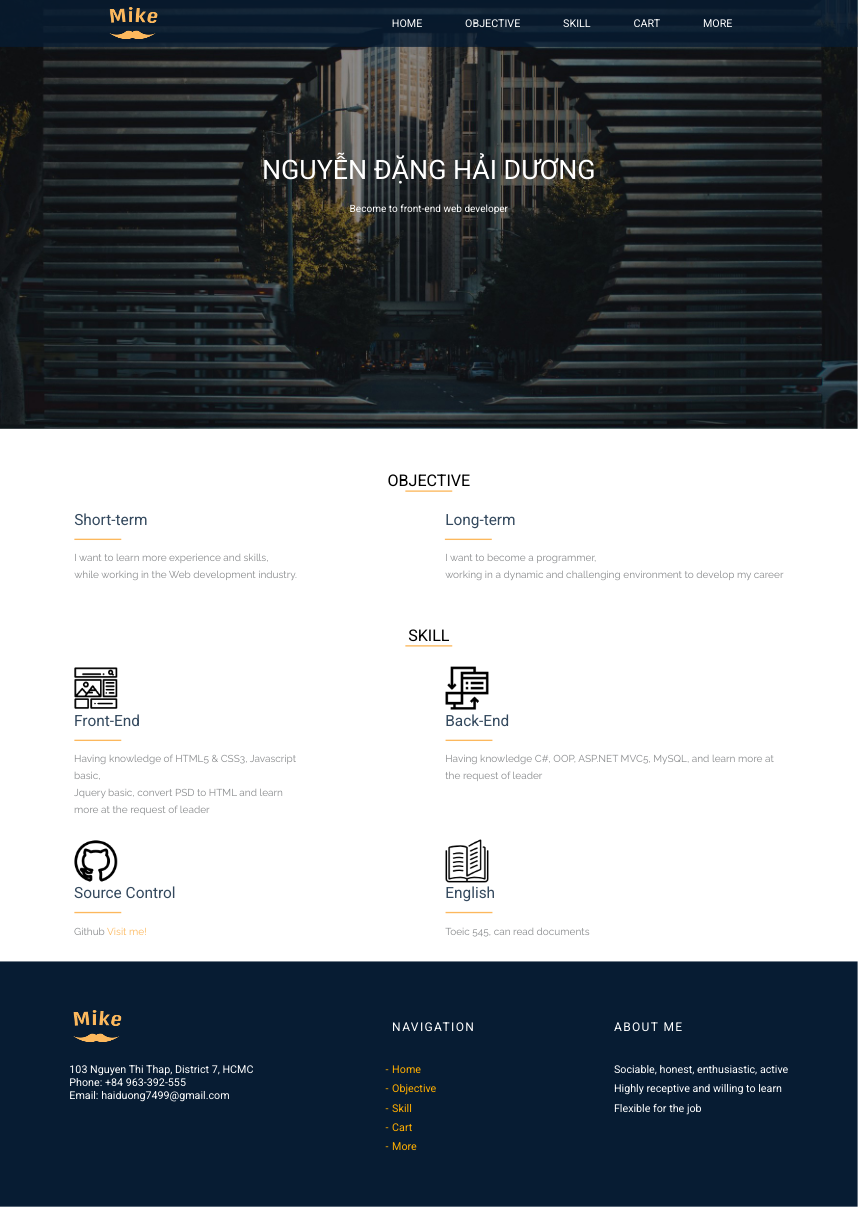
Repository: haiduong7499/Personal-Profile
Page: index.html
An editor plug-in stored every save of this project. The page is shown before and after the next save, followed by the edit.
The browser window is 1280 px wide. The pictures show the whole page, at 67% of full size.

Above is the page before, as saved 2021-03-02 13:53:54.

### index.html
<!DOCTYPE html>
<html lang="en">
<head>
    <meta charset="UTF-8">
    <meta http-equiv="X-UA-Compatible" content="IE=edge">
    <meta name="viewport" content="width=device-width, initial-scale=1.0">
    <link rel="stylesheet" href="style/style.css">
    <link rel="stylesheet" href="style/base.css">
    <link rel="preconnect" href="https://fonts.gstatic.com">
    <link rel="preconnect" href="https://fonts.gstatic.com">
    <link rel="preconnect" href="https://fonts.gstatic.com">
    <link href="https://fonts.googleapis.com/css2?family=Raleway&family=Roboto:wght@400;700&display=swap" rel="stylesheet">
    <title>Project</title>
</head>
<body>
    <div id="header">
        <img class="logo-img" src="./asset/5c0eefeb-053e-4086-8d42-7e5a35580c82_200x200.png" alt="">
            <ul id="navbar">

                <li><a href="#">Home</a></li>
                <li><a href="#objective">Objective</a></li>
                <li><a href="#skills">Skill</a></li>
                <li><a href="#">Cart</a></li>
                <li><a href="#">More</a></li>
            </ul>
    </div>

    <div id="parallax">
        <div class="content-container">
            <h2 class="content-heading">Nguyễn Đặng Hải Dương</h2>
            <p class="content-text">Become to front-end web developer</p>
        </div>
    </div>


    <div id="objective">
        <div class='objective heading'>
            <h2>
                Objective
                <hr>
            </h2>
        </div>

        <div class='objective-content'>
            <div class="term">
                <h4>Short-term
                    <hr>
                </h4>

                <p>
                    I want to learn more experience and skills,<br>
                    while working in the Web development industry.
                </p>
            </div>
            <div class="term">
                <h4>Long-term
                    <hr>
                </h4>

                <p>
                    I want to become a programmer,<br>
                    working in a dynamic and challenging environment to develop my career
                </p>
            </div>
        </div>
    </div>

    <div id="skills">
        <div class="skills heading">
            <h2>
                Skill
                <hr>
            </h2>
        </div>

        <div class="skill-content">
            <div class="hard-skill">

                <div class="skill-left skill-front-end">

                    <img src="asset/web-design.png">
                    <h4 class="skills-title">Front-End <hr></h4>
                    <p class="skills-description">Having knowledge of HTML5 & CSS3, Javascript basic,<br> Jquery basic, convert PSD to HTML and learn more at the request of leader</p>
                </div>

                <div class="skill-right skill-back-end">
                    <img src="asset/backend.png">
                    <h4 class="skills-title">Back-End <hr></h4>
                    <p class="skills-description">Having knowledge C#, OOP, ASP.NET MVC5, MySQL, and learn more at the request of leader</p>
                </div>
            </div>

            <div class="soft-skill">

                <div class="skill-left skills-source-control">
                    <img src="asset/github.png">
                    <h4 class="skills-title">Source Control <hr></h4>
                    <p class="skills-description">Github <a href="https://github.com/haiduong7499">Visit me!</a></p>
                </div>

                <div class="skill-right skills-english">
                    <img src="asset/open-book.png">
                    <h4 class="skills-title">English <hr></h4>
                    <p class="skills-description">Toeic 545, can read documents</p>
                </div>

            </div>
        </div>

    </div>

    <div id="bottom">
        <div class="bottom-container">
            <div class="contact-container">
                <a href="#">
                    <img class="logo-img"src="./asset/5c0eefeb-053e-4086-8d42-7e5a35580c82_200x200.png" alt="">
                </a>
                <div class="contact-address">
                    <p>
                        103 Nguyen Thi Thap, District 7, HCMC
                    </p>
                </div>
                <div class="contact-info">
                    <dl>
                        <dt>Phone:</dt>
                        <dd><a href="#">+84 963-392-555</a></dd><br>
                        <dt>Email:</dt>
                        <dd><a href="#">haiduong7499@gmail.com</a></dd>
                    </dl>
                </div>
            </div>
            <div class="bottom-nav">
                <h6>Navigation</h6>
                <ul class="bottom-nav-list">
                    <li><a href="#">Home</a></li>
                    <li><a href="#">Objective</a></li>
                    <li><a href="#">Skill</a></li>
                    <li><a href="#">Cart</a></li>
                    <li><a href="#">More</a></li>
                </ul>
            </div>

            <div class="about-me">
                <h6>About Me</h6>
                <ul class="about-me-list">
                    <li>Sociable, honest, enthusiastic, active</li>
                    <li>Highly receptive and willing to learn</li>
                    <li>Flexible for the job</li>
                </ul>
            </div>
        </div>
    </div>
<script src="main.js"></script>
</body>
</html>

### style/style.css
*{
    padding: 0;
    margin: 0;
    box-sizing: border-box;
}
html{
    font-family: 'Roboto', sans-serif;
}

a{
    text-decoration: none;
    color: #fff;
}
h6{
    font-size: 18px;
    line-height:55px;
    color: #fff;
    font-weight: 500;
    font-family: inherit;
    margin-bottom:26px;
    text-transform: uppercase;
    letter-spacing:2px;
}
li{
    list-style: none;
}
/* Header */
#header {
    display:flex;
    justify-content: space-around;
    height:70px;
    background: rgba(7, 28, 51, 0.8);
    position: fixed;
    top: 0;
    left: 0;
    right: 0;
    z-index: 1;
}
#header img {
    margin: 8px 0;
}
.logo-img{
    width: 84px;
    height: 53px;
}


#navbar li {
    display:inline-block;
}

#navbar li a{
    display: inline-block;
    padding: 0 30px;
    line-height: 70px;
    text-decoration: none;
    color: #fff;
    text-transform: uppercase;
}
#navbar li:hover a{
    color: #fcb85d;
}

#parallax{
    position: relative;
    padding-top:50%;
    background: url(../asset/home-parallax.jpg) top / cover no-repeat;
}
#parallax .content-container{
    position: absolute;
    bottom: 50%;
    width: 100%;
    text-align: center;
    color: #fff;
}
#parallax .content-heading{
    margin-bottom: 25px;
    font-weight: 500;
    font-size: 40px;
    text-transform: uppercase;
}

#parallax .content-text{
    font-size: 15px;
}
#skills,
#objective{
    width: 100%;
}

.heading{
    padding-top: 5%;
    text-align: center;
}

.heading>h2{
    position: relative;
    font-size: 24px;
    font-weight: 500;
    text-transform: uppercase;
}


h2>hr{
    position: absolute;
    left: 50%;
    transform: translateX(-50%);
    width:70px;
    height: 2px;
    border: none;
    background-color: #fcb85d
}

#objective .objective-content{
    display: flex;
    justify-content: space-around;
    padding-top: 2.5%;
}

h4>hr{
    width: 70px;
    margin: 15px 0;
    height: 2px;
    border: none;
    background-color: #fcb85d
}
.skills-title,
#objective .term>h4{
    text-align: left;
    color: #34495e;
    font-size: 23px;
    font-family: inherit;
    font-weight: 500;
    line-height: 1.1;
}

.skills-description,
#objective .term>p{
    text-align: left;
    font-size:15px;
    font-weight: 400;
    line-height: calc(5/3);
    color: #888a8c;
    font-family: 'Raleway', sans-serif;
}
.soft-skill,
.hard-skill{
    display: flex;
    justify-content: space-around;
    padding-top: 2.5%;
}
.soft-skill{
    padding-bottom:2.5%;
}

.skill-left{
    width: 333px;
}

.skill-right{
    width:505px;
}

.skills-source-control .skills-description>a{
    text-decoration: none;
    color: #fcb85d;
}

#bottom{
    background:#071c33;
    bottom:0;
}
.bottom-container{
    padding: 70px 0;
    display:flex;
    justify-content:space-around
}
.contact-container,dt,dd{
    display: inline-block;
    color: #fff;
}
.contact-address{
    margin-top: 25px;
}
a:hover{
    color: #fcb85d;
}
.bottom-nav>a{
    text-decoration:none;
}

.bottom-nav-list>li>a{
    color: #ffae00;
    font-weight: 400;
    position: relative;
}
.bottom-nav-list>li{
    margin-bottom: 10px;
}

.bottom-nav-list>li>a::before{
    content: "-";
    position: absolute;
    left: -10px;
}

#bottom li:hover a{
    color: #fff;
}

.about-me-list>li{
    margin-bottom: 10px;
    color: #fff;
}

### main.js
const paralax = document.querySelector("#parallax");

window.addEventListener("scroll", function() {
    let offset = window.pageYOffset;
    parallax.style.backgroundPositionY = offset*1 + "px"
})

Loaded but not shown: style/base.css (no stored copy; drawn as an empty file)

After the next save:
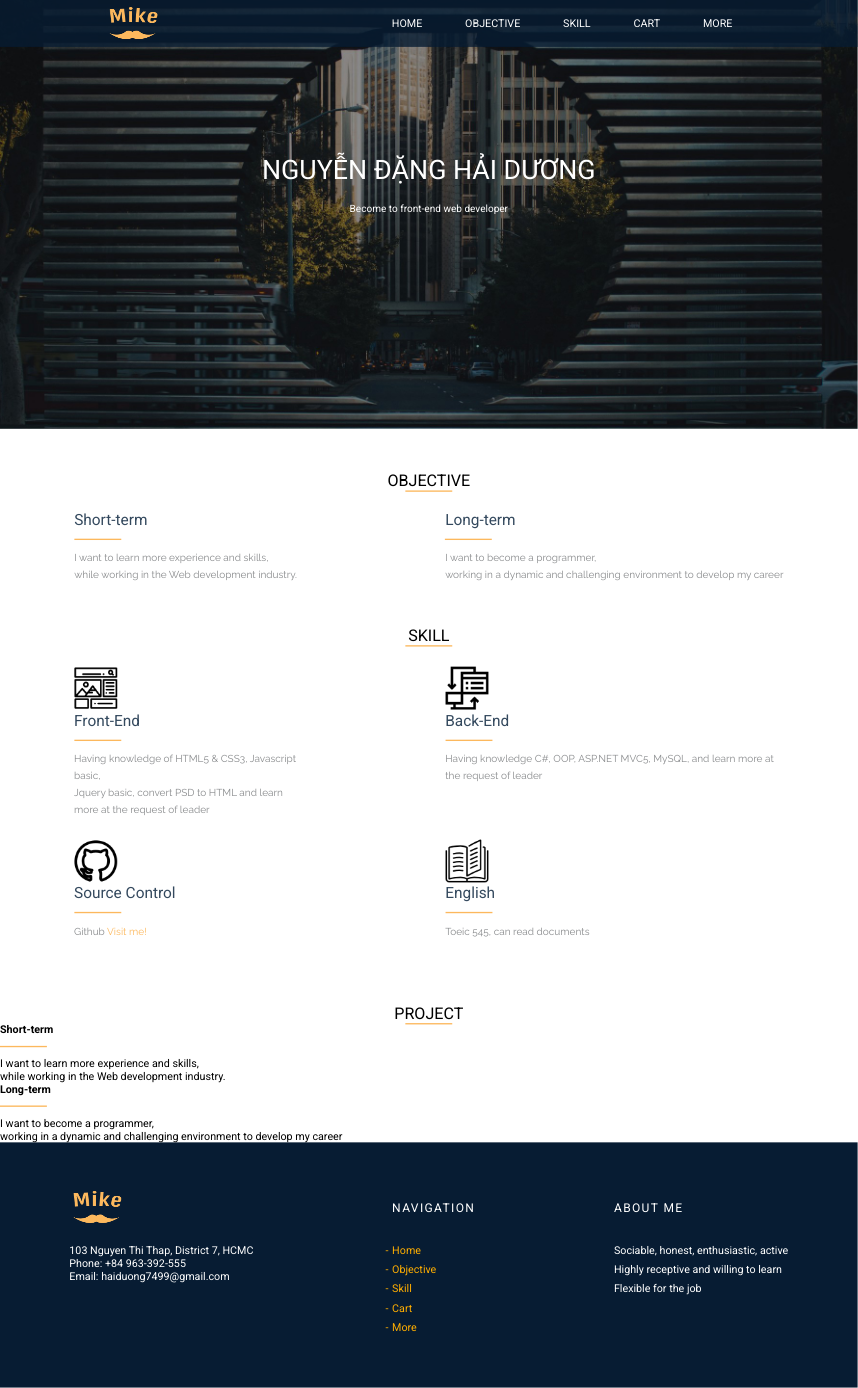
Saved 8 min 55 s later.
--- a/index.html
+++ b/index.html
@@ -109,6 +109,39 @@
 
     </div>
 
+
+    <div id="project">
+        <div class='project heading'>
+            <h2>
+                Project
+                <hr>
+            </h2>
+        </div>
+
+        <div class='objective-content'>
+            <div class="term">
+                <h4>Short-term
+                    <hr>
+                </h4>
+
+                <p>
+                    I want to learn more experience and skills,<br>
+                    while working in the Web development industry.
+                </p>
+            </div>
+            <div class="term">
+                <h4>Long-term
+                    <hr>
+                </h4>
+
+                <p>
+                    I want to become a programmer,<br>
+                    working in a dynamic and challenging environment to develop my career
+                </p>
+            </div>
+        </div>
+    </div>
+
     <div id="bottom">
         <div class="bottom-container">
             <div class="contact-container">
